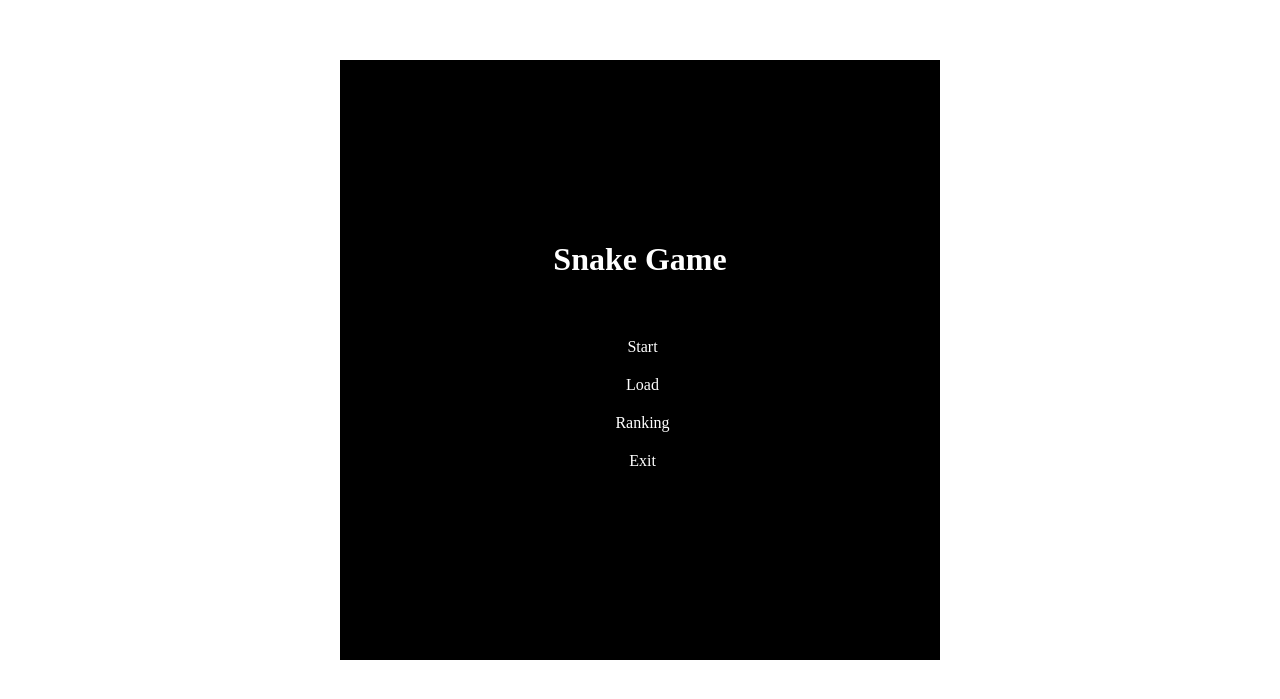
Repository: myeongbaek/SnakeGame_Team07
Page: index.html
These files come from the project's save history. The page is drawn as it stood at one moment and after the next save; the edit follows.
The browser window is 1280 px wide. The pictures show the whole page.

Above is the page before, as saved 2022-04-16 22:38:46.

### index.html
<!DOCTYPE html>
<html lang="en">
  <head>
    <meta charset="UTF-8" />
    <meta http-equiv="X-UA-Compatible" content="IE=edge" />
    <meta name="viewport" content="width=device-width, initial-scale=1.0" />
    <title>SnakeGame</title>
    <link rel="stylesheet" href="style.css" />
  </head>
  <body>
    <div id="App"></div>
    <script src="index.js" type="module"></script>
  </body>
</html>

### style.css
* {
  margin: 0;
  padding: 0;
  box-sizing: border-box;
  -ms-user-select: none;
  -moz-user-select: -moz-none;
  -khtml-user-select: none;
  -webkit-user-select: none;
  user-select: none;
}

#App {
  width: 100vw;
  height: 100vh;
  display: flex;
  justify-content: center;
  align-items: center;
}

.box {
  width: 600px;
  height: 600px;
  background-color: black;
  display: flex;
  flex-direction: column;
  justify-content: center;
  align-items: center;
}

.box h1 {
  color: white;
  padding-bottom: 50px;
}

.box span {
  color: white;
  text-align: start;
  width : 150px;
  padding-left: 10px;
}

.btn {
  position: relative;
  cursor: pointer;
  display: flex;
  justify-content: center;
  align-items: center;
  text-align: center;
  white-space: nowrap;
  margin: 5px;
  padding: 5px;
  color: white;
}

.btn:hover::after {
  content: "";
  width: 5px;
  height: 5px;
  border-left: 3px solid white;
  border-bottom: 3px solid white;
  position: absolute;
  right: -20px;
  transform: rotateZ(45deg);
}

.btn:hover::before {
  content: "";
  width: 5px;
  height: 5px;
  border-right: 3px solid white;
  border-bottom: 3px solid white;
  position: absolute;
  left: -20px;
  transform: rotateZ(-45deg);
}

canvas {
  position: relative;
}

.overlay {
  position: absolute;
  top: 0;
  bottom: 0;
  right: 0;
  left: 0;
  background-color: rgba(0, 0, 0, 0.5);
  display: flex;
  justify-content: center;
  align-items: center;
  z-index: 99;
}

.modal {
  width: 300px;
  height: 300px;
  border: 3px solid white;
  border-radius: 20px;
  background-color: black;
  color: white;
  display: flex;
  justify-content: center;
  align-items: center;
  flex-direction: column;
}

.modal h1 {
  padding-bottom: 20px;
}

.modal span {
  margin: 5px 0px;
  padding: 5px 0px;
}

input {
  width : 100px;
}

### index.js
import App from "./App.js";

new App({ $target: document.getElementById("App") });

### App.js
import MainScreen from "./MainScreen.js";

export default class App {
  constructor({ $target }) {
    this.mainScreen = new MainScreen({
      $target,
    });
  }
}

### MainScreen.js
import Game from "./Game.js";

export default class MainScreen {
  $target;
  $screen;
  game;
  constructor({ $target }) {
    this.$target = $target;

    this.$screen = document.createElement("div");
    this.$screen.classList = "box";
    this.game = new Game({ $target, renderMain: this.render });

    this.render();
  }

  render = () => {
    console.log(this);
    this.$screen.innerHTML = `
        <h1>Snake Game</h1>
        <span class="start btn">Start</span>
        <span class="load btn">Load</span>
        <span class="rank btn">Ranking</span>
        <span class="btn">Exit</span>
    `;
    this.$target.innerHTML = ``;
    this.$target.appendChild(this.$screen);
    const onStartClick = () => {

      this.game.setUp();
      this.game.gameLoop();
    };
    const startBtn = this.$screen.querySelector(".start");
    startBtn.addEventListener("click", onStartClick);

    /*
      here we need to make the rest of the buttons in main screen work

      line 36 to 39 is function to start the game

      line 40 grabs the start button from the page and let you work with it

      line 41 registers the game-start function to the start button
    */
    const onLoadClick = () => {
      if (Jason.parse(localStorage.getItem("state") === null)) {

      }
      else {
        this.game.state = JSON.parse(localStorage.getItem("state"));

        this.game.setUp();
        this.game.gameLoop();
      }
      /*
        load the saved data, then start the game
        google about "localStorage" in JavaScript
      */
    };
    const loadBtn = this.$screen.querySelector(".load");
    loadBtn.addEventListener("click", onLoadClick);



    /*
      grab the load button, then register the function
    */

    const rankingBtn = this.$screen.querySelector(".rank");
    rankingBtn.addEventListener("click", () => onRankClick());

    const onRankClick = () => {
      let rankarr = JSON.parse(localStorage.getItem("rankData"));
      this.$target.innerHTML = ``;
      this.$target.appendChild(this.$screen);

      this.$screen.innerHTML = `
        <h1>Top 10 Rank</h1>
        ${rankarr.map((rank, index) => {
        return `<span>${index + 1}위 : ${rank.username}, ${rank.score}점</span>`
      }).join("")}
      <span class="menu btn">Exit</span>
      `;
      const menuBtn = this.$screen.querySelector(".menu");
      menuBtn.addEventListener("click", () => onMenuClick());
    }

    const onMenuClick = () => {
      return this.render();
    }
    /*
      same with the ranking

      I don't think we need to make exit feature since we're on web
    */
  };
}

### Game.js
import { CompareRank, GenerateFruitPosition } from "./utils.js";

export default class Game {
  $target;
  $canvas;
  $canvasContext;

  intervalId;
  isPaused = false;
  isKeyPressed = false;
  renderMain;

  state = {

    playerPos: {
      x: 20,
      y: 20,
    },
    score: 0,
    gridSize: 15,
    tileCount: 40,
    trail: [],
    tail: 5,
    velocity: {
      x: 0,
      y: -1,
    },
    fruitPos: { x: 5, y: 5 },
  };

  constructor({ $target, renderMain }) {
    this.$target = $target;
    this.renderMain = renderMain;
  }

  setState(nextState) {
    this.state = {
      ...this.state,
      ...nextState,
    };
  }
  setUp() {
    this.$target.innerHTML = `
        <canvas id="canvas" width="600" height="600"></canvas>
    `;
    this.$canvas = document.getElementById("canvas");
    this.$canvasContext = this.$canvas.getContext("2d");
    addEventListener("keydown", (event) => this.keyPress(event));
  }

  keyPress(event) {
    if (this.isKeyPressed || this.isPaused) return;
    switch (event.key) {
      case "ArrowUp":
        this.state.velocity.y !== 1
          ? this.setState({ velocity: { x: 0, y: -1 } })
          : null;
        this.isKeyPressed = true;
        break;
      case "ArrowDown":
        this.state.velocity.y !== -1
          ? this.setState({ velocity: { x: 0, y: 1 } })
          : null;
        this.isKeyPressed = true;
        break;
      case "ArrowLeft":
        this.state.velocity.x !== 1
          ? this.setState({ velocity: { x: -1, y: 0 } })
          : null;
        this.isKeyPressed = true;
        break;
      case "ArrowRight":
        this.state.velocity.x !== -1
          ? this.setState({ velocity: { x: 1, y: 0 } })
          : null;
        this.isKeyPressed = true;
        break;
      case "Escape":
        clearInterval(this.intervalId);
        this.pause();
        break;
    }
  }

  pause() {
    this.isPaused = true;

    const overlay = document.createElement("div");
    overlay.classList = "overlay";

    const modal = document.createElement("div");
    modal.classList = "modal";

    modal.innerHTML = `
        <h1>Pause</h1>
        <span class="btn resume">Resume</span>
        <span class="btn restart">Restart</span>
        <span class="btn save">Save</span>
        <span class="btn exit">Exit</span>
      `;

    overlay.appendChild(modal);
    this.$target.appendChild(overlay);

    const resume = this.$target.querySelector(".resume");
    resume.addEventListener("click", () => {
      this.isPaused = false;
      this.$target.removeChild(overlay);
      this.gameLoop();
    });

    const restart = this.$target.querySelector(".restart");
    restart.addEventListener("click", () => {
      this.isPaused = false;
      this.$target.removeChild(overlay);
      this.setState({
        ...this.state,
        score: 0,
        playerPos: { x: 20, y: 20 },
        fruitPos: GenerateFruitPosition([], this.state.tileCount),
        velocity: { x: 0, y: -1 },
        trail: [],
        tail: 5,
      });
      this.gameLoop();
    });

    /*
      need to implement saving feature with localStorage
      according to the assignment guide, we should save data then go back to main screen
    */

    /*
      Exit should bring the player back to main screen
    */
    const save = this.$target.querySelector(".save");
    save.addEventListener("click", () => {
      this.isPaused = false;
      this.$target.removeChild(overlay);
      clearInterval(this.intervalId);
      localStorage.setItem("state", JSON.stringify(this.state));
      this.setState({
        ...this.state,
        score: 0,
        playerPos: { x: 20, y: 20 },
        fruitPos: GenerateFruitPosition([], this.state.tileCount),
        velocity: { x: 0, y: -1 },
        trail: [],
        tail: 5,
      });

      clearInterval(this.intervalId);
      this.renderMain();
    });






    const exit = this.$target.querySelector(".exit");
    exit.addEventListener("click", () => {
      this.isPaused = false;
      this.setState({
        playerPos: {
          x: 20,
          y: 20,
        },
        score: 0,
        gridSize: 15,
        tileCount: 40,
        trail: [],
        tail: 5,
        velocity: {
          x: 0,
          y: -1,
        },
        fruitPos: GenerateFruitPosition([], this.state.tileCount),
      });
      clearInterval(this.intervalId);
      this.renderMain();
    });


  }

  move() {
    this.setState({
      ...this.state,
      playerPos: {
        x: this.state.playerPos.x + this.state.velocity.x,
        y: this.state.playerPos.y + this.state.velocity.y,
      },
    });
  }

  isGameOver() {
    // out of bound check

    if (
      this.state.playerPos.x < 0 ||
      this.state.playerPos.x > this.state.tileCount - 1 ||
      this.state.playerPos.y < 0 ||
      this.state.playerPos.y > this.state.tileCount - 1
    ) {
      return true;
    }


    for (var i = 0; i < this.state.trail.length - 1; i++) {
      if (
        this.state.playerPos.x === this.state.trail[i].x &&
        this.state.playerPos.y === this.state.trail[i].y
      ) {
        return true;
      }
    }

    return false;
  }

  updateFruit() {
    this.setState({
      fruitPos: GenerateFruitPosition(this.state.trail, this.state.tileCount),
    });
  }

  render() {
    this.move();
    this.isKeyPressed = false;


    if (this.isGameOver()) {
      /*
        when the game is over,
        instead of just going back to main screen,
        we should display a modal screen and
        show how much score did the player get,
        then save the data to localStorage for 'ranking' in the main screen
      */

      const overlay = document.createElement("div");
      overlay.classList = "overlay";

      const modal = document.createElement("div");
      modal.classList = "modal";

      modal.innerHTML = `
            <h1>You died</h1>
            <span class="score">Score : ${this.state.score}</span>
            <form>
            <input type="text" id="UserName" placeholder="username"></input>
            <button>-></button>
            </form>

            <span class="btn exit">Exit</span>
          `;

      overlay.appendChild(modal);
      this.$target.appendChild(overlay);

      const isBntOnClick = (event) => {
        event.preventDefault();
        const rankData = { username: username.value, score: this.state.score };
        console.log(this);
        let savedData = JSON.parse(localStorage.getItem("rankData"));
        savedData === null ? savedData = [] : savedData;

        savedData.push(rankData);
        savedData.sort(CompareRank);
        if (savedData.length > 10) {
          savedData.pop();
        }
        localStorage.setItem("rankData", JSON.stringify(savedData));
        // only 1~10 scores are saved to local storage


        this.setState({
          playerPos: {
            x: 20,
            y: 20,
          },
          score: 0,
          gridSize: 15,
          tileCount: 40,
          trail: [],
          tail: 5,
          velocity: {
            x: 0,
            y: -1,
          },
          fruitPos: GenerateFruitPosition([], this.state.tileCount),
        });
        return this.renderMain();

      }
      const username = document.getElementById("UserName")
      const userform = document.querySelector("form");
      userform.addEventListener("submit", (event) => isBntOnClick(event));

      const exit = this.$target.querySelector(".exit");
      exit.addEventListener("click", () => {
        this.isPaused = false;
        this.setState({
          playerPos: {
            x: 20,
            y: 20,
          },
          score: 0,
          gridSize: 15,
          tileCount: 40,
          trail: [],
          tail: 5,
          velocity: {
            x: 0,
            y: -1,
          },
          fruitPos: GenerateFruitPosition([], this.state.tileCount),
        });
        clearInterval(this.intervalId);
        this.renderMain();
      });

      clearInterval(this.intervalId);
    }

    this.$canvasContext.fillStyle = "black";
    this.$canvasContext.fillRect(0, 0, this.$canvas.width, this.$canvas.height);

    this.state.trail.push({
      x: this.state.playerPos.x,
      y: this.state.playerPos.y,
    });

    while (this.state.trail.length > this.state.tail) this.state.trail.shift();

    this.$canvasContext.fillStyle = "lime";
    this.state.trail.forEach((body) => {
      this.$canvasContext.fillRect(
        body.x * this.state.gridSize,
        body.y * this.state.gridSize,
        this.state.gridSize - 2,
        this.state.gridSize - 2
      );
    });

    if (
      this.state.playerPos.x === this.state.fruitPos.x &&
      this.state.playerPos.y === this.state.fruitPos.y
    ) {
      this.updateFruit();
      this.state.tail++;
      this.state.score++;

    }
    localStorage.setItem("score", this.state.score)

    this.$canvasContext.fillStyle = "red";
    this.$canvasContext.fillRect(
      this.state.fruitPos.x * this.state.gridSize,
      this.state.fruitPos.y * this.state.gridSize,
      this.state.gridSize - 2,
      this.state.gridSize - 2
    );
  }

  gameLoop() {
    this.intervalId = setInterval(() => {
      this.render();
    }, 1000 / 15);
  }
}

### utils.js
export function GenerateFruitPosition(trail, tileCount) {
  let x, y;
  while (true) {
    x = Math.floor(Math.random() * tileCount);
    y = Math.floor(Math.random() * tileCount);

    let flag = true;
    for (var i = 0; i < trail.length; i++) {
      if (x == trail[i].x && y == trail[i].y) flag = false;
    }
    if (flag) break;
  }
  return { x, y };
}


export function CompareRank(r1, r2) {
  return r2.score - r1.score;
}

After the next save:
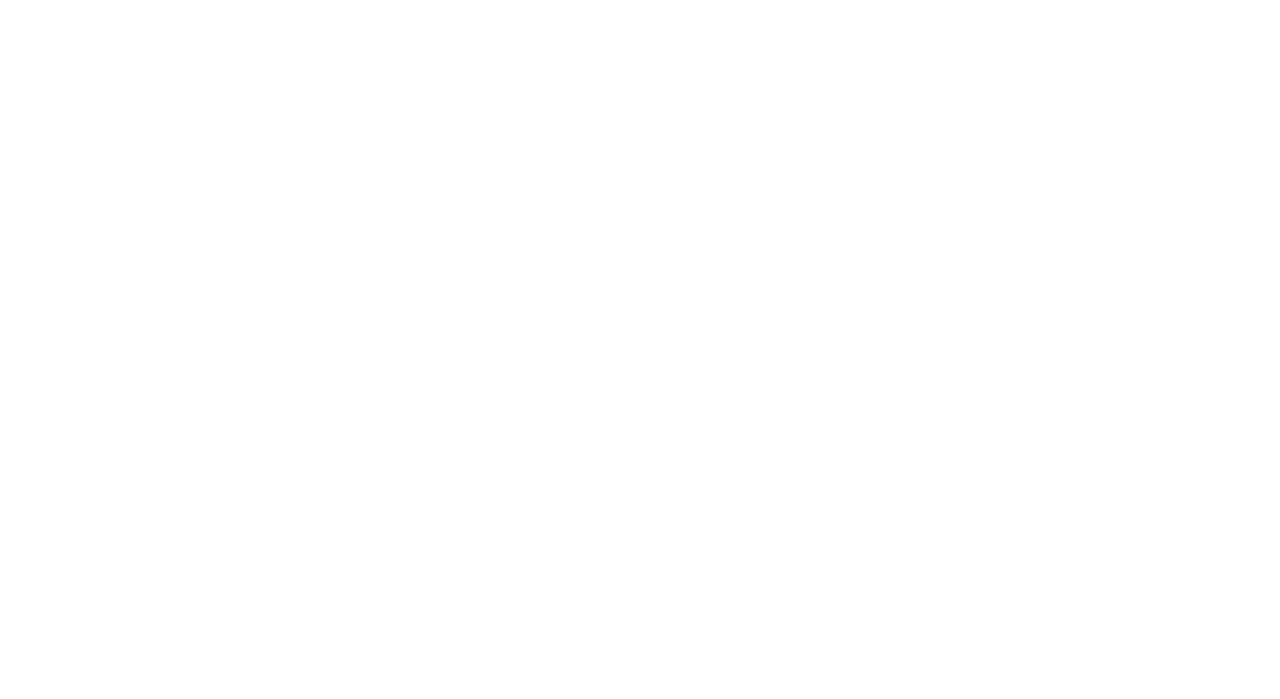
Console error: SyntaxError: missing ) after argument list
Saved 3 min 1 s later.
--- a/MainScreen.js
+++ b/MainScreen.js
@@ -44,7 +44,7 @@
     */
     const onLoadClick = () => {
       if (Jason.parse(localStorage.getItem("state") === null)) {
-
+        console.log(Jason.parse(localStorage.getItem("state"))
       }
       else {
         this.game.state = JSON.parse(localStorage.getItem("state"));

After the 2 saves that followed:
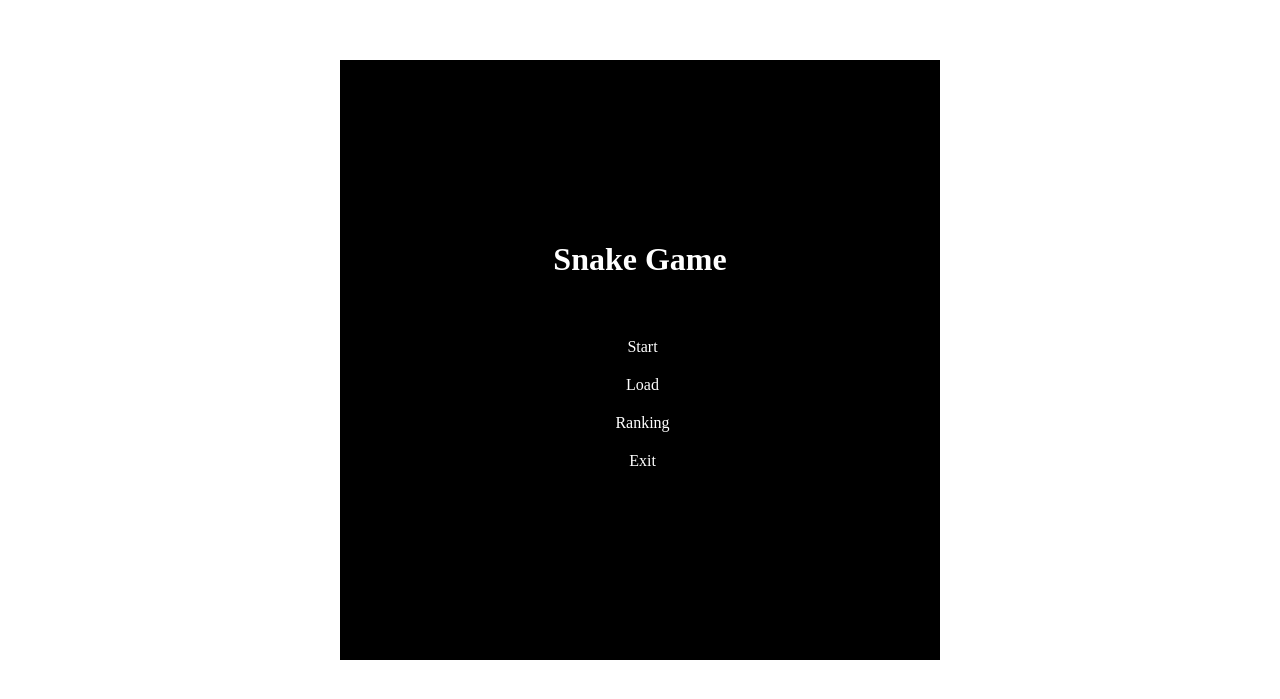
The error is gone.
The 2 saves are shown as one change because 1 left the picture as it was.
The last was saved 21 s later.
--- a/MainScreen.js
+++ b/MainScreen.js
@@ -44,7 +44,7 @@
     */
     const onLoadClick = () => {
       if (Jason.parse(localStorage.getItem("state") === null)) {
-        console.log(Jason.parse(localStorage.getItem("state"))
+        console.log(Jason.parse(localStorage.getItem("state")));
       }
       else {
         this.game.state = JSON.parse(localStorage.getItem("state"));
